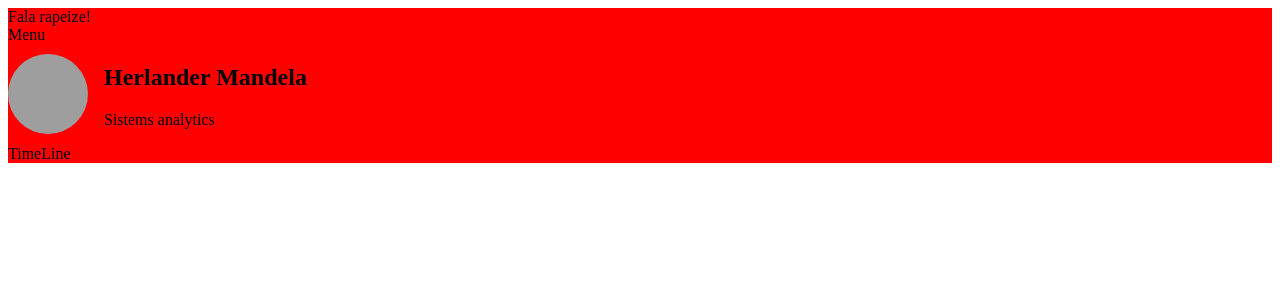
Repository: Herlander929/AluraTube
Page: /
The author's editor kept a copy of each file at every save. The page is drawn from the files as they stood at one save, then again after the next save.
The browser window is 1280 px wide. The pictures show the whole page.
Pictures or frames that could not be fetched are drawn as grey boxes. The project was rebuilt for these pictures with package versions that can differ from the ones it lists, and the page was loaded fresh each time. The framework's server and built-in components were replaced by stand-ins that run in the browser. Also part of the build but not shown: next.config.js.

Above is the page before, as saved 2022-11-08 11:47:49.

### pages/index.js

import styled from "styled-components"
import config from "../pages/config.json"

function HomePage() {
    return (
        <div style={{ backgroundColor: "red" }}>Fala rapeize!
            <Menu />
            <Header />
            <TimeLine />
        </div>
    )
}

export default HomePage


function Menu() {
    return (
        <div>
            Menu
        </div>
    )
}

const StyledHeader = styled.div`
  img {
    width: 80px;
    height: 80px;
    border-radius: 50%;
  }
  .user-info {
    display: flex;
    align-items: center;
    width: 100% 32px;
    gap:16px;

  }
  `;
function Header() {
    return (
        <StyledHeader>
            {/*             <img src="banner"></img>
 */}
            <section className="user-info">
                <img src={`https://github.com/${config.github}.png`}></img>
                <div>
                    <h2>
                        {config.name}
                    </h2>
                    <p>
                        {config.job}
                    </p>
                </div>
            </section>

        </StyledHeader>
    )
}
function TimeLine() {
    return (
        <div>
            TimeLine
        </div>
    )
}

### pages/config.json
{
    "name": "Herlander Mandela",
    "job": "Sistems analytics",
    "github": "Herlander929",
    "playlists": {
        "jogos": [
            {
                "title": "Algum titulo",
                "url": "url",
                "thumb": "thumbneil do video"
            }
        ],
        "front-end": [
            {
                "title": "Algum titulo",
                "url": "url",
                "thumb": "thumbneil do video"
            }
        ]
    }
}

After the next save:
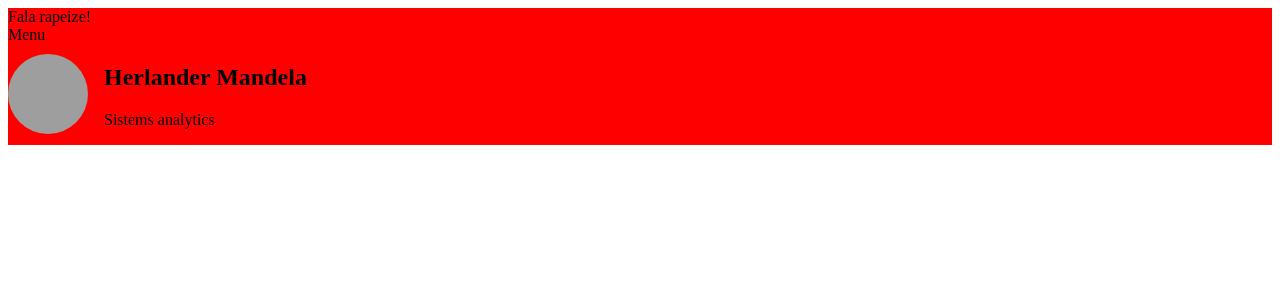
Saved 6 min 36 s later.
--- a/pages/index.js
+++ b/pages/index.js
@@ -3,11 +3,12 @@
 import config from "../pages/config.json"
 
 function HomePage() {
+
     return (
         <div style={{ backgroundColor: "red" }}>Fala rapeize!
             <Menu />
             <Header />
-            <TimeLine />
+            <TimeLine playlists={config.playlists}/>
         </div>
     )
 }
@@ -57,10 +58,16 @@
         </StyledHeader>
     )
 }
-function TimeLine() {
+function TimeLine(props) {
+
+const playlistsNames = Object.keys(props.playlists);
+
     return (
         <div>
-            TimeLine
+        {playlistsNames.map(function(playlistName)
+        {
+
+        })}
         </div>
     )
 }

After the save that followed:
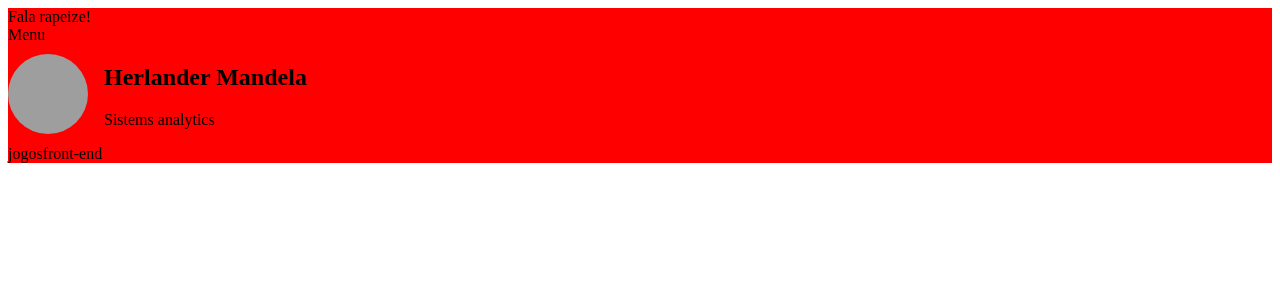
Saved 18 s later.
--- a/pages/index.js
+++ b/pages/index.js
@@ -66,7 +66,7 @@
         <div>
         {playlistsNames.map(function(playlistName)
         {
-
+            return playlistName
         })}
         </div>
     )
